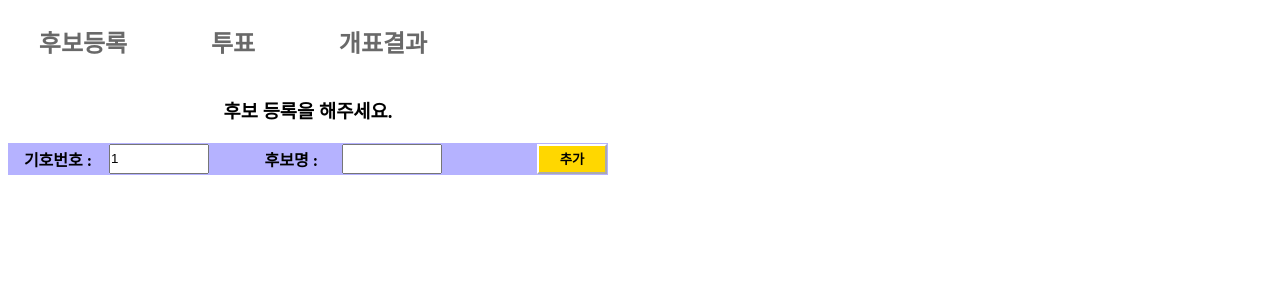
Repository: noheul1030/KOPO-HTML
Page: http://localhost/Tupyo/Tupyo/A_01.jsp
An editor plug-in stored every save of this project. The page is shown before and after the next save, followed by the edit.
The browser window is 1280 px wide. The pictures show the whole page.
The page is served by Tomcat 9. Queries for data that is not in the repository find no rows.

Above is the page before, as saved 2023-06-03 15:44:47.

### Tupyo/src/main/webapp/Tupyo/A_01.jsp
<meta http-equiv="Content-Type" content="text/html; charset=utf-8" />

<%@ page language="java" contentType="text/html; charset=UTF-8" %>

<%@ page import="java.util.*" %> <!--java import-->
<%@ page import="java.io.*"%> <!--java import-->
<%@ page import="java.sql.*"%> <!--java import-->

<html>
    <head>
    	<style>
    		table {text-align: center; border: 0; solid black; width: 600px; border-collapse: collapse;}
    		a {text-decoration-line: none;  color: #696969;}
    		h2,h3 {margin-top: 15px; text-align: center;}
    		.fourth {
			  background: gold;
			  border-color: white;
			  color: black;
			  background-image: linear-gradient(45deg, yellow 50%, transparent 50%);
			  background-position: 100%;
			  background-size: 400%;
			  transition: background 300ms ease-in-out;
			}

			.fourth:hover {
			  background-position: 0;
			}
    	</style>
    </head>
    <body>
<%
   	// DB연동
        Class.forName("com.mysql.jdbc.Driver");
		//Connection conn = DriverManager.getConnection("jdbc:mysql://192.168.23.60:3307/kopo11","root","shdmf1030@");
		Connection conn = DriverManager.getConnection("jdbc:mysql://localhost:3306/noheul","root","shdmf1030@");
        Statement stmt = conn.createStatement();
		// 테이블 생성, 이름,학번,국어,영어,수학 점수 컬럼 생성
        stmt.execute("create table IF not exists TupyoDB("
        + "name varchar(20)," // 타입 char
        + "id int not null primary key) default charset = utf8;"); // 타입 int utf8로 작성 디폴트

        // ID칼럼의 전체 count 조회
		ResultSet total = stmt.executeQuery("select count(*) from TupyoDB where id;");
		int totalcnt = 0;
		while(total.next()){
			totalcnt = total.getInt(1);
		}

		// ID 최소값은 1
		int minID = 1;

		// ID칼럼의 count가 0일때(아직 아무 값도 안들어왔다는 뜻)
		if(totalcnt == 0){
			ResultSet idcount = stmt.executeQuery("select min(id) as minNum from TupyoDB where (id+1) not in (select id from TupyoDB);");

			while(idcount.next()){
				minID = idcount.getInt(1)+1;
			}
		}else{	// ID칼럼의 count가 0이 아닐때(값이 들어있다는 뜻)
			// ID칼럼의 전체 값 조회
			ResultSet idcount2 = stmt.executeQuery("select id from TupyoDB");

			while (idcount2.next()) {
			    int currentID = idcount2.getInt("id"); // 현재 가져온 id 값
				// ID최소값과 currentID의 값이 일치하면 순서대로 있는 ID값 이므로 통과
			    if (minID == currentID) {
			    	minID++; // 다음 기대하는 id 값으로 업데이트
			    } else { // 칼럼 순회 중간에 빠진 값을 찾았으므로 break;
			        break;
			    }
			}
		}

%>
	  	<table cellspacing="1">
    		<tr>
    			<td width = 25%><a align = center id="update" href="A_01.jsp" target="content"><h2>후보등록</h2></a></td>
    			<td width = 25%><a align = center id="vote" href="B_01_H.jsp" target="content"><h2>투표</h2></a></td>
    			<td width = 25%><a align = center id="result" href="C_01_H.jsp" target="content"><h2>개표결과</h2></a></td>
    			<td width = 25%></td>
    		</tr>
		</table>
		<form method = 'post'>
		<table cellspacing="1">
			<tr><td colspan="5"><h3 align=center>후보 등록을 해주세요.</h3></td></tr>
			<tr>
				<td bgcolor=#B5B2FF width=15% ><strong>기호번호 :</strong></td>

				<td bgcolor=#B5B2FF align=left width=20% ><input type='text' name='TupyoID' value='<%=minID%>'readonly style="width: 100px; height: 30px; padding: 0px;"></td>

				<td bgcolor=#B5B2FF width=15% ><strong>후보명 :</strong></td>

				<td bgcolor=#B5B2FF align=left width=20% ><input type='text' pattern="^[가-힣]+$" name="name" value='' title="한글만 입력하세요." required style="width: 100px; height: 30px; padding: 0px;"></td>

				<td bgcolor=#B5B2FF align=right width = 20%>
  				<input class="fourth" type="submit" value="추가" align=right style="width: 70px; height: 30px; padding: 0px;font-weight: bold;" formaction = 'A_03_H.jsp'></td>
			</tr>
		</table>
		</form>
    </body>
</html>

After the next save:
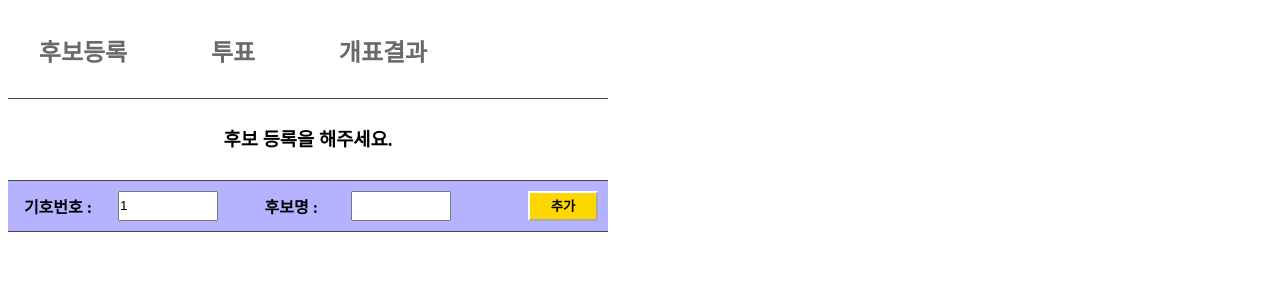
Saved 3 min 7 s later.
--- a/Tupyo/src/main/webapp/Tupyo/A_01.jsp
+++ b/Tupyo/src/main/webapp/Tupyo/A_01.jsp
@@ -10,6 +10,13 @@
     <head>
     	<style>
     		table {text-align: center; border: 0; solid black; width: 600px; border-collapse: collapse;}
+    		th, td {
+		    border-bottom: 1px solid #444444;
+		    padding: 10px;
+		  }
+		  th:first-child, td:first-child {
+		    border-left: none;
+		  }
     		a {text-decoration-line: none;  color: #696969;}
     		h2,h3 {margin-top: 15px; text-align: center;}
     		.fourth {
